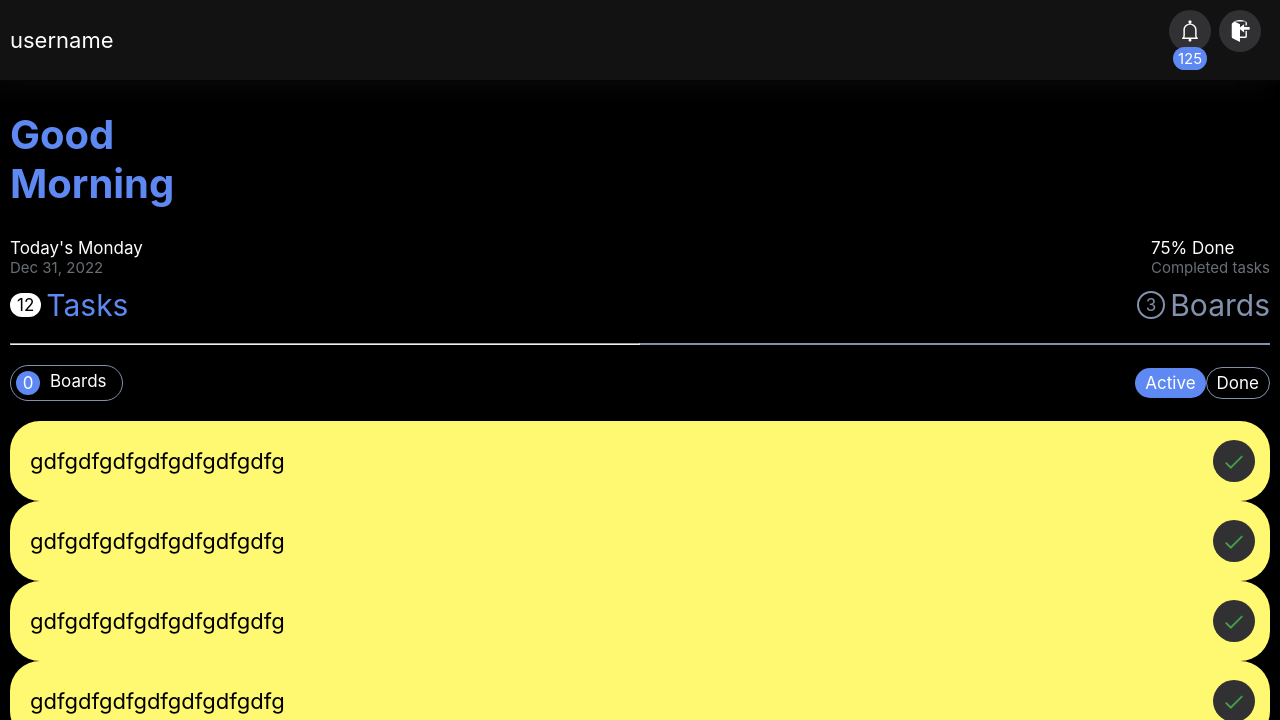
Repository: ShindanoSingi/todo-app
Page: /
An editor plug-in stored every save of this project. The page is shown before and after the next save, followed by the edit.
The browser window is 1280 px wide. The pictures show the whole page.
The project was rebuilt for these pictures with package versions that can differ from the ones it lists, and the page was loaded fresh each time. Also part of the build but not shown: src/pages/LandingPage.js.

Above is the page before, as saved 2023-01-01 19:09:50.

After the next save:
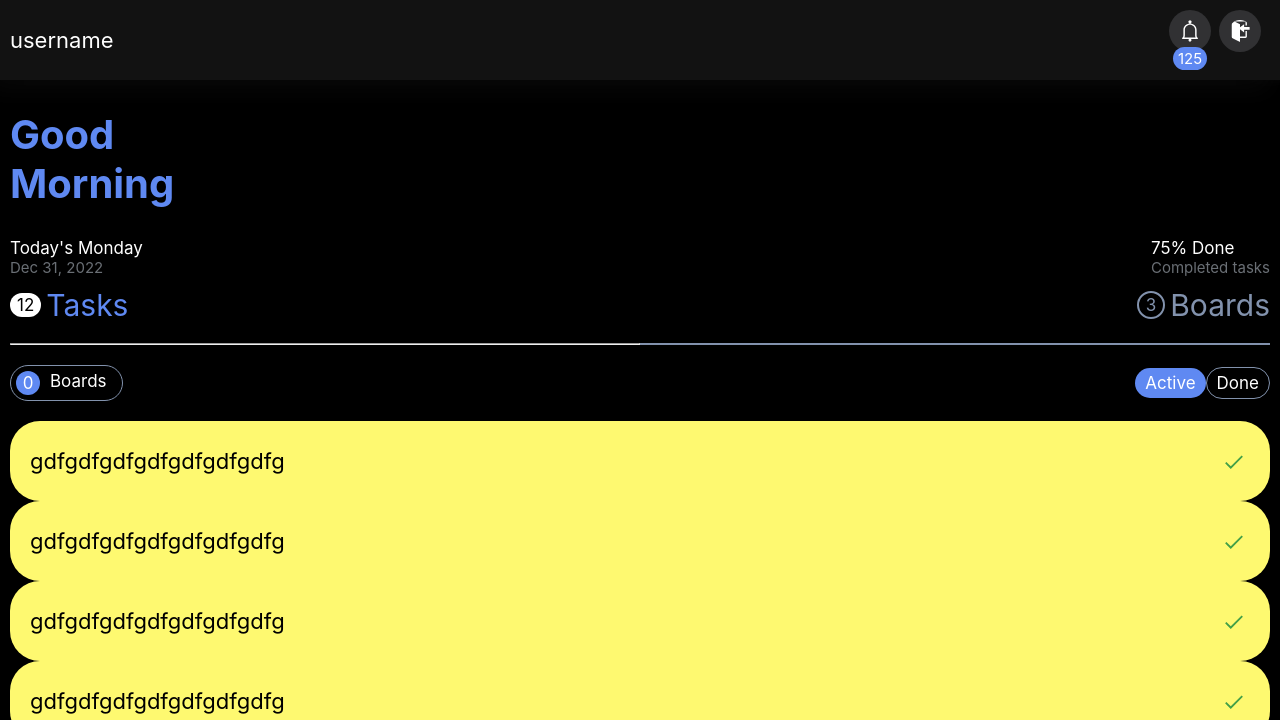
Saved 119 s later.
--- a/src/index.css
+++ b/src/index.css
@@ -240,7 +240,7 @@
   color: white;
   padding: 10px;
   border-radius: 50px;
-  background-color: #313133;
+  background-color: transparent;
 }
 
 .todo-card {

After the save that followed:
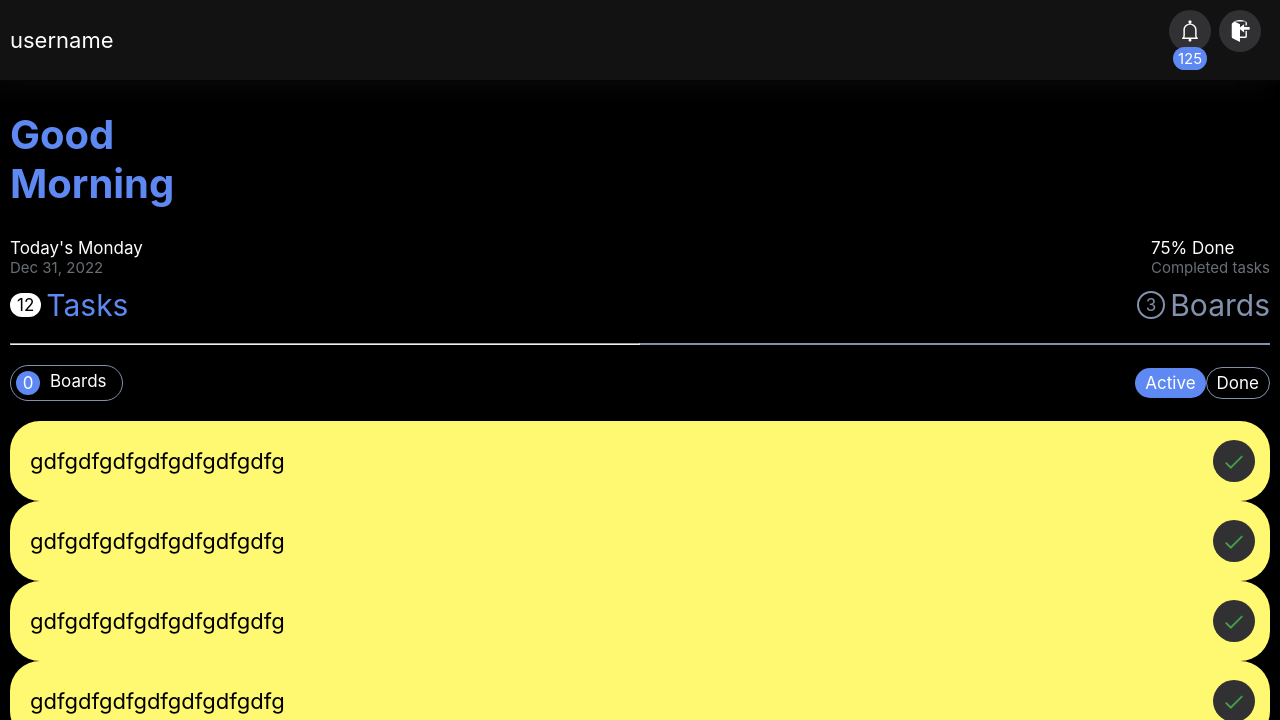
Saved 29 s later.
--- a/src/index.css
+++ b/src/index.css
@@ -240,7 +240,7 @@
   color: white;
   padding: 10px;
   border-radius: 50px;
-  background-color: transparent;
+  background-color: #313133;
 }
 
 .todo-card {
